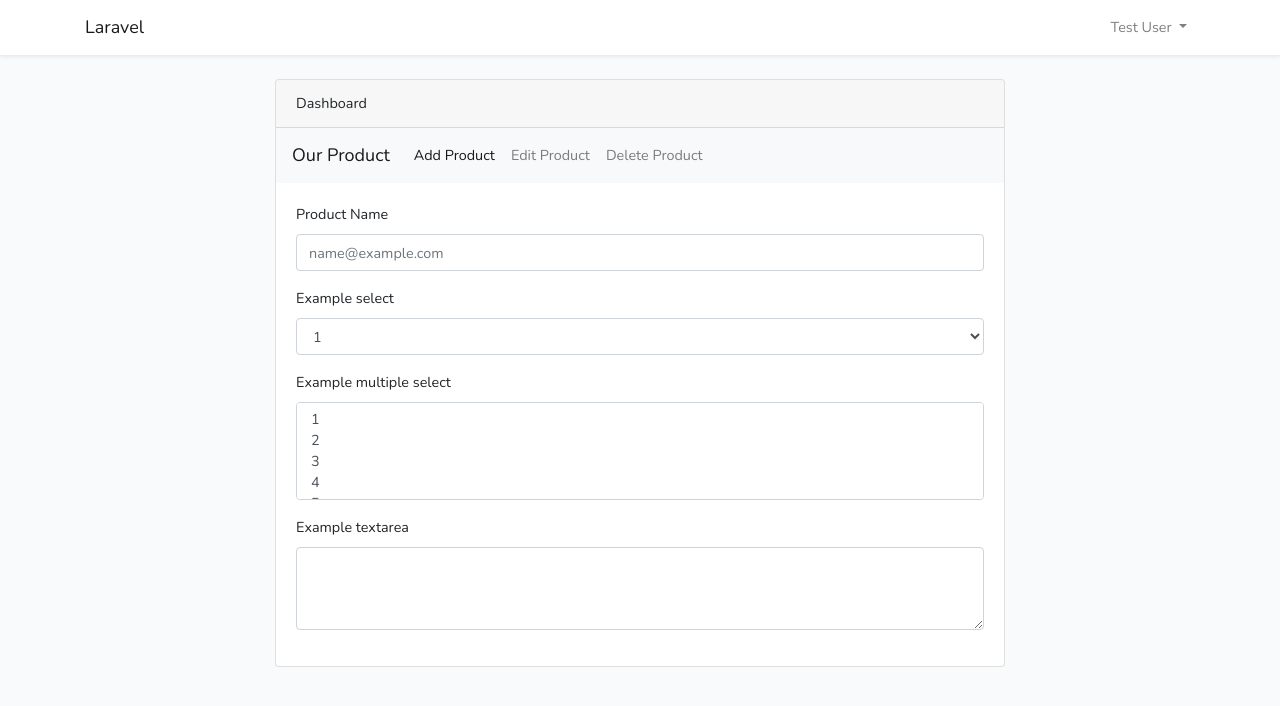
Repository: Fateen980/Tawfiq
Page: http://localhost/addProduct
These files come from the project's save history. The page is drawn as it stood at one moment and after the next save; the edit follows.
The browser window is 1280 px wide. The pictures show the whole page.
The page is served by the project's Laravel application, run on PHP 8.4 with Laravel 8. A made-up administrator, Test User (test@example.com), is signed in.

Above is the page before, as saved 2020-09-17 08:15:33.

After the next save:
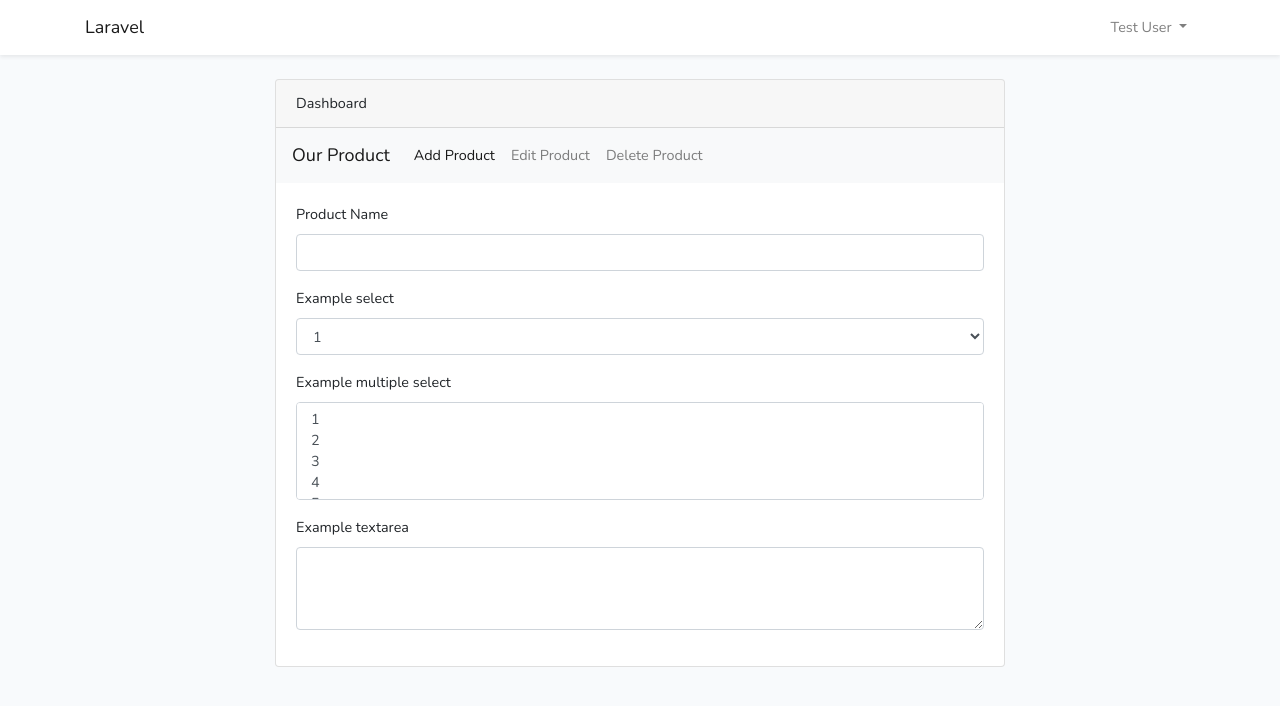
Saved 20 s later.
--- a/resources/views/addProduct.blade.php
+++ b/resources/views/addProduct.blade.php
@@ -41,7 +41,7 @@
   <form>
   <div class="form-group">
     <label for="exampleFormControlInput1">Product Name</label>
-    <input type="email" class="form-control" id="exampleFormControlInput1" placeholder="name@example.com">
+    <input type="email" class="form-control" id="exampleFormControlInput1" >
   </div>
   <div class="form-group">
     <label for="exampleFormControlSelect1">Example select</label>
